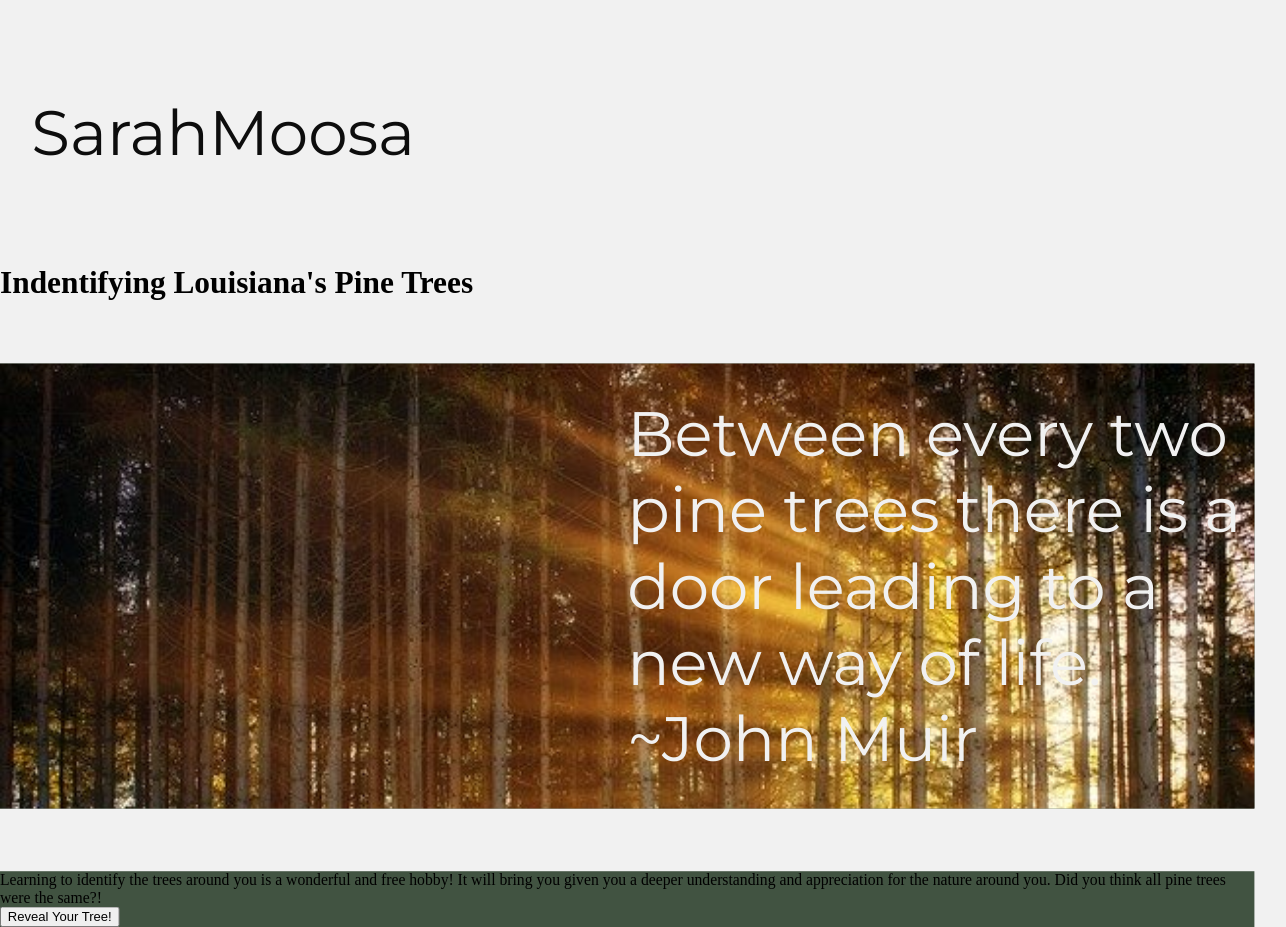
Repository: Sbethm/louisianaPineTrees
Page: pine_main.html
The author's editor kept a copy of each file at every save. The page is drawn from the files as they stood at one save, then again after the next save.
The browser window is 1280 px wide. The page is 1312 px wide, then 1280 px, so the pictures cover 1312 px, including what lies to the right of the window. The pictures show the whole page, at 98% of full size.
The style sheet was rebuilt from its Sass, Less or Tailwind sources for each picture, by a compiler version that may differ from the author's.

Above is the page before, as saved 2021-09-16 11:38:10.

After the next save:
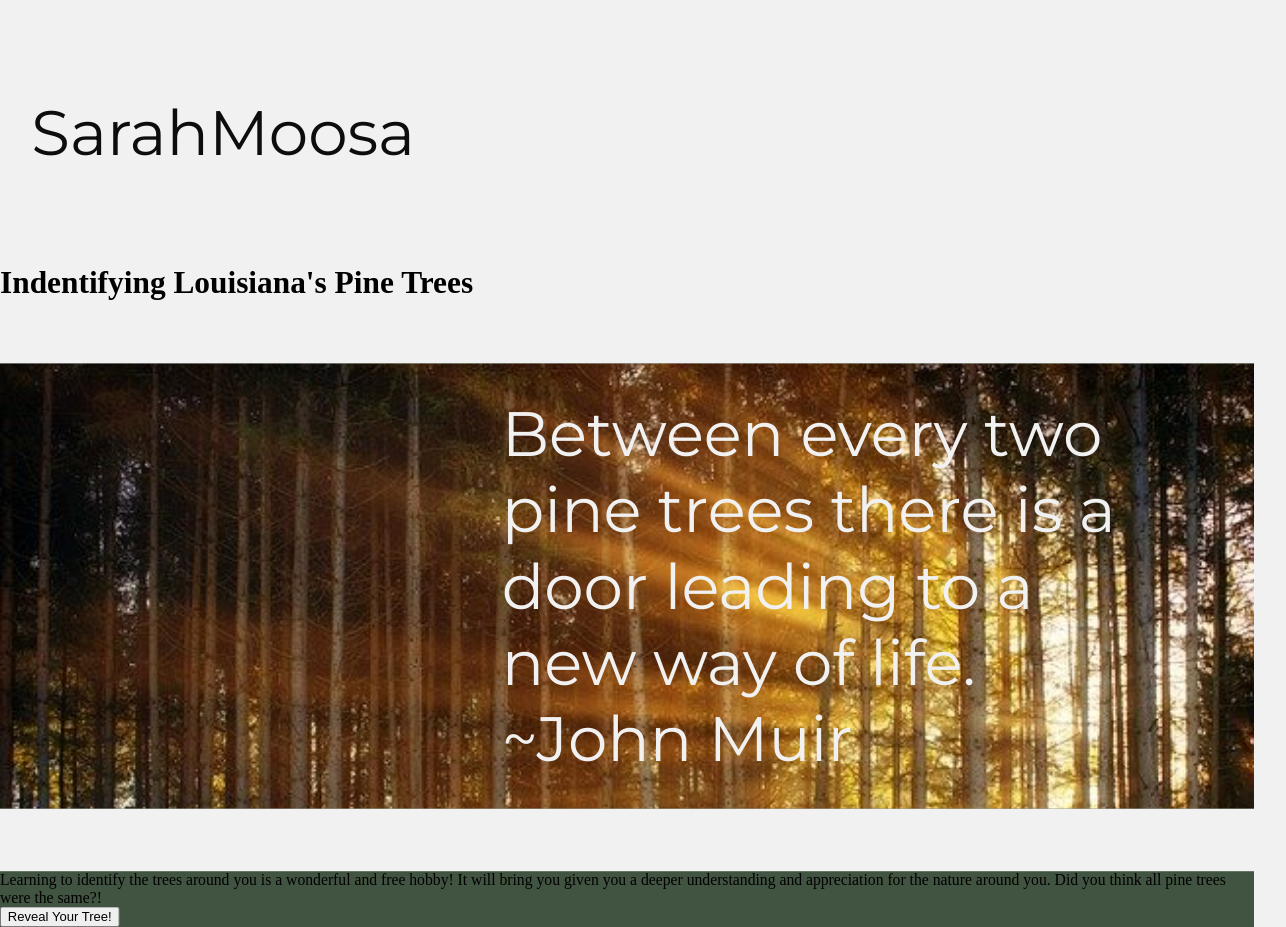
Saved 14 s later.
--- a/src/scss/main.scss
+++ b/src/scss/main.scss
@@ -30,7 +30,7 @@ p {
 }
 
 .quote {
-    padding-left: 50%;
+    padding-left: 40%;
     width: 50%;
     color: #f1f1f1;
 }
